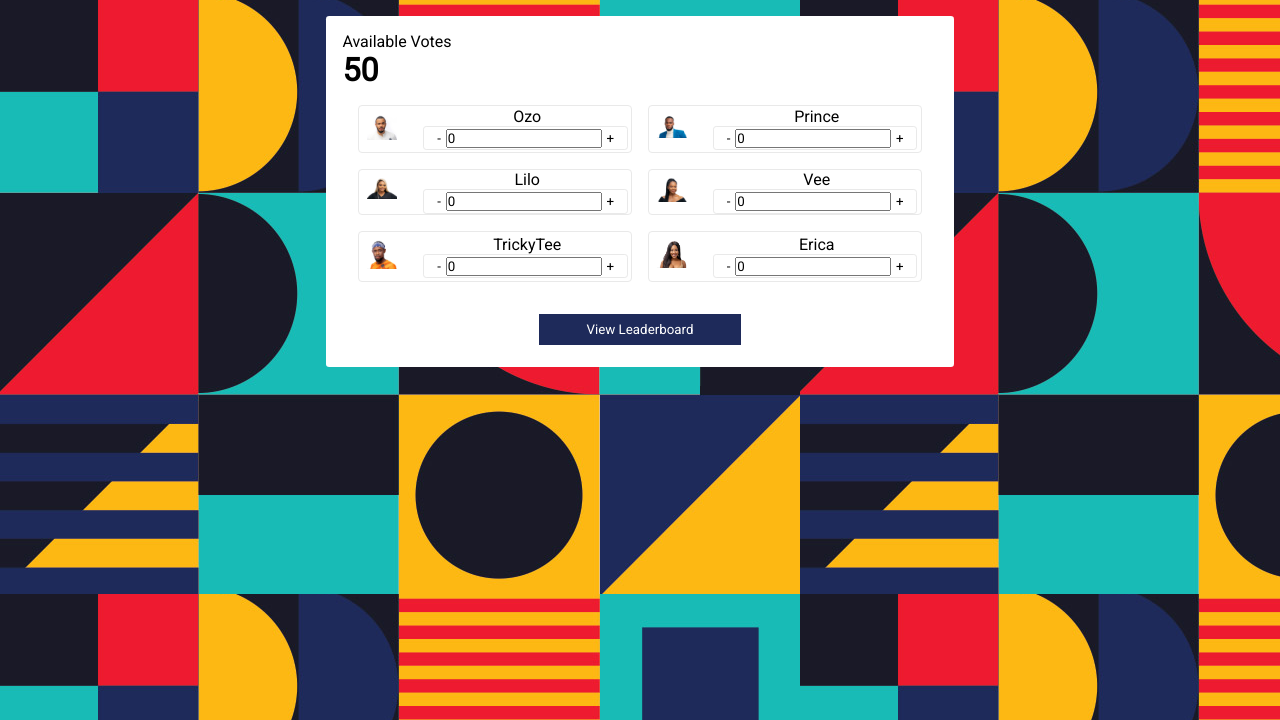
Repository: Eredun/bbn-voting
Page: index.html
The author's editor kept a copy of each file at every save. The page is drawn from the files as they stood at one save, then again after the next save.
The browser window is 1280 px wide. The pictures show the whole page.

Above is the page before, as saved 2020-08-21 22:46:57.

After the next save:
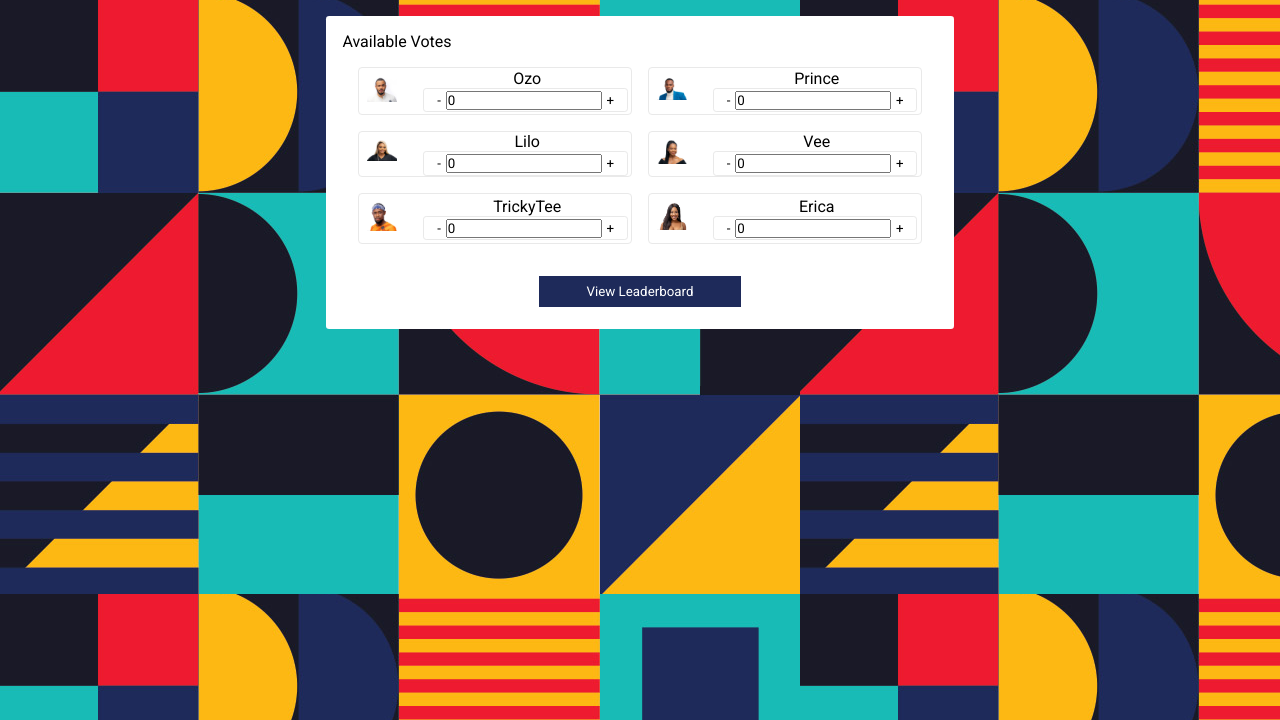
Console error: SyntaxError: Unexpected token '['
Saved 33 s later.
--- a/app.js
+++ b/app.js
@@ -63,7 +63,7 @@
       inputVotes[i].value++;
       inputVotes.forEach((input, index) => {
         if (votes === 0) {
-          vaar[i] = input.value;
+         let vaar[i] = input.value;
           console.log(vaar[i]);
           return vaar[i];
         }

After the save that followed:
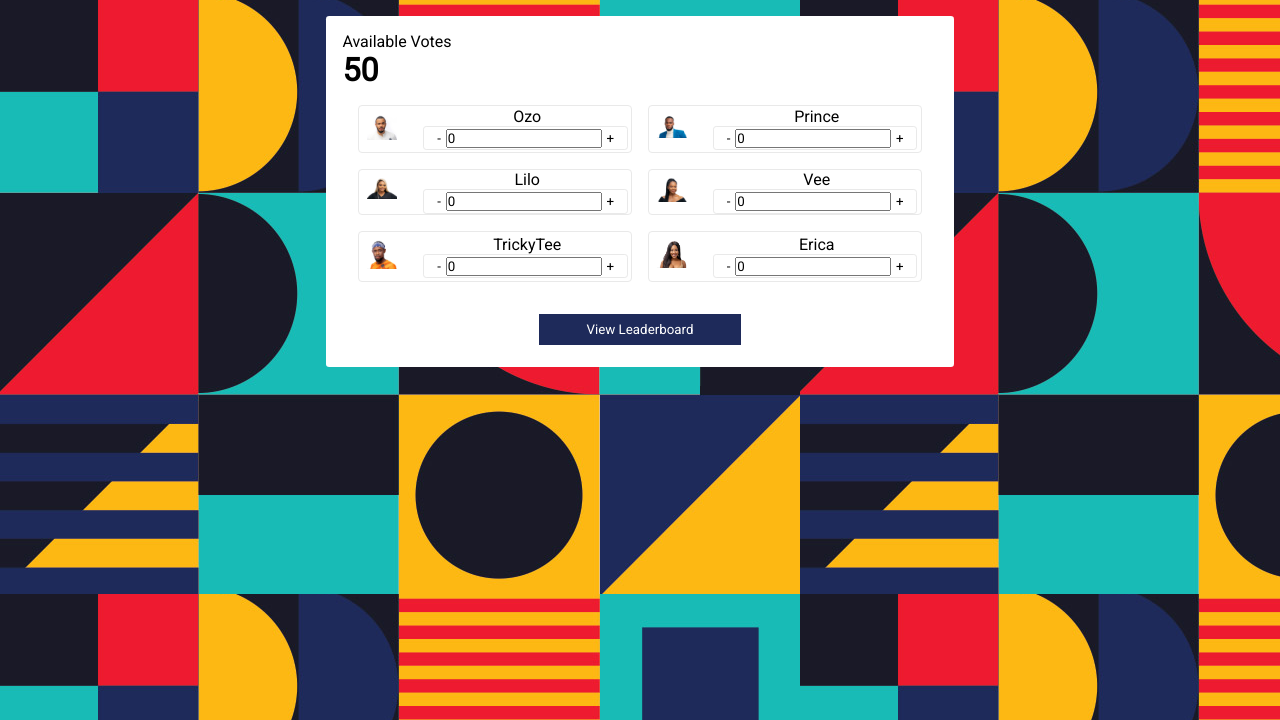
The error is gone.
Saved 58 s later.
--- a/app.js
+++ b/app.js
@@ -50,7 +50,7 @@
   votesCounter.textContent = votes;
 }
 
-let vaar = 0;
+let vaar = [];
 
 for (let i = 0; i < 6; i++) {
   // score = parseInt(inputVotes[i].value);
@@ -63,7 +63,7 @@
       inputVotes[i].value++;
       inputVotes.forEach((input, index) => {
         if (votes === 0) {
-         let vaar[i] = input.value;
+          vaar[i] = input.value;
           console.log(vaar[i]);
           return vaar[i];
         }
